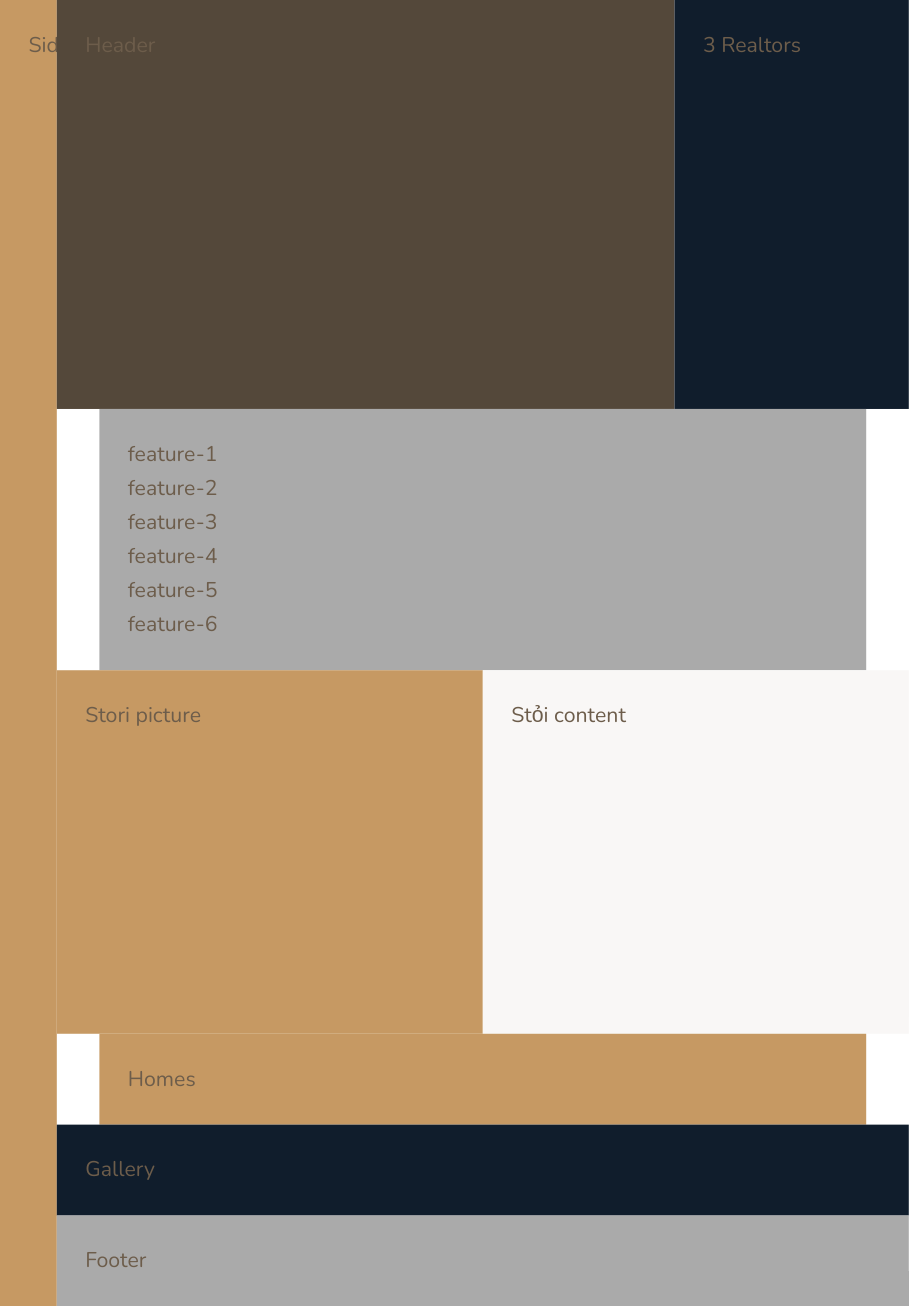
Repository: m2pd/your-home
Page: index.html
The author's editor kept a copy of each file at every save. The page is drawn from the files as they stood at one save, then again after the next save.
The browser window is 1280 px wide. The pictures show the whole page, at 71% of full size.
The style sheet was rebuilt from its Sass, Less or Tailwind sources for each picture, by a compiler version that may differ from the author's.

Above is the page before, as saved 2020-02-27 09:10:40.

After the next save:
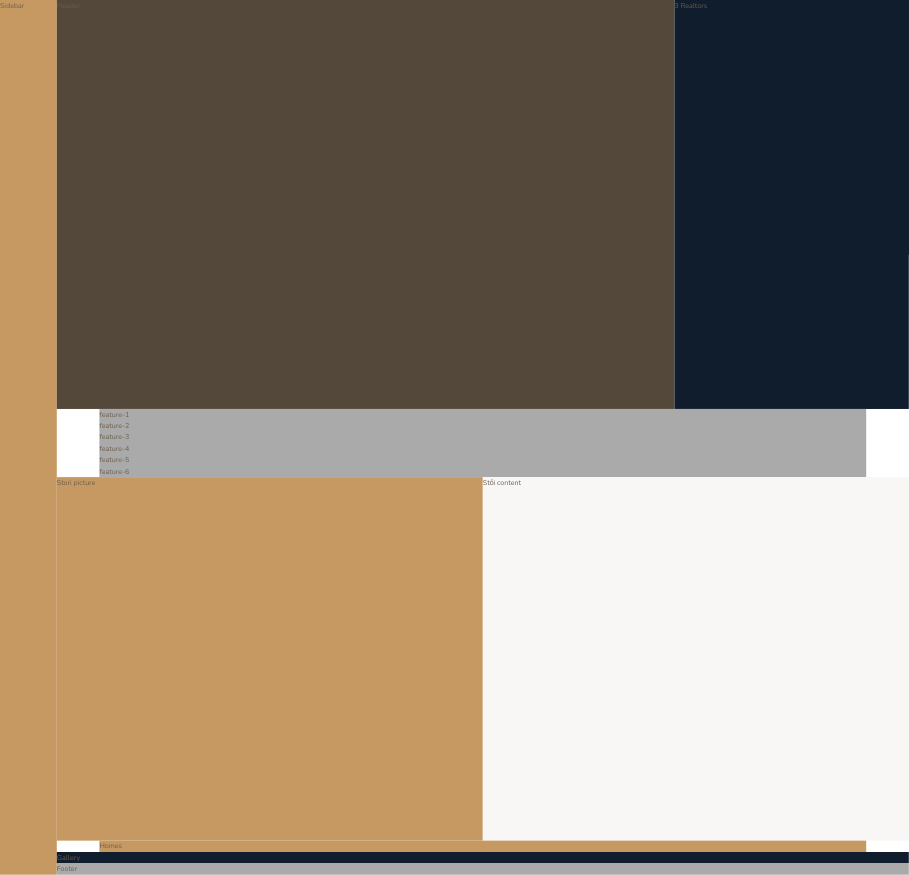
Saved 8 s later.
--- a/sass/_base.scss
+++ b/sass/_base.scss
@@ -40,8 +40,4 @@
     grid-template-rows: 80vh min-content 40vw repeat(3, min-content);
     grid-template-columns:[sidebar-start] 8rem [sidebar-end full-start] minmax(6rem, 1fr) [center-start] repeat(8, [col-start] minmax(min-content, 14rem) [col-end]) [center-end] minmax(6rem, 1fr) [full-end];
 
-    & > *{
-        font-size: 3rem;
-        padding: 4rem;
-    }
 }
